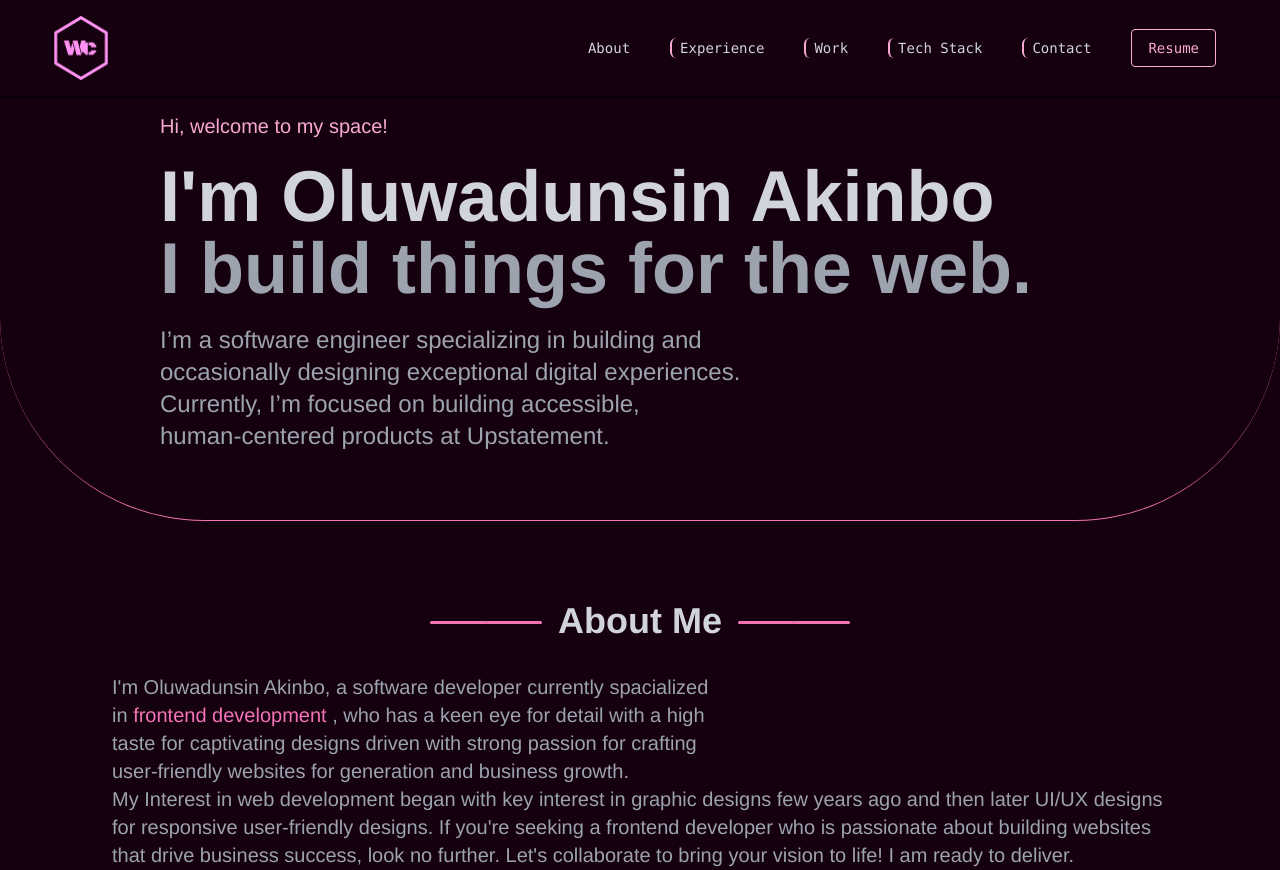
Repository: EmmyDunny1/myPortfolio
Page: / (app in MyPortfolio/)
An editor plug-in stored every save of this project. The page is shown before and after the next save, followed by the edit.
The browser window is 1280 px wide. The pictures show the whole page.
The project was rebuilt for these pictures with package versions that can differ from the ones it lists, and the page was loaded fresh each time. Also part of the build but not shown: MyPortfolio/vite.config.js.

Above is the page before, as saved 2025-01-14 11:22:14.

After the next save:
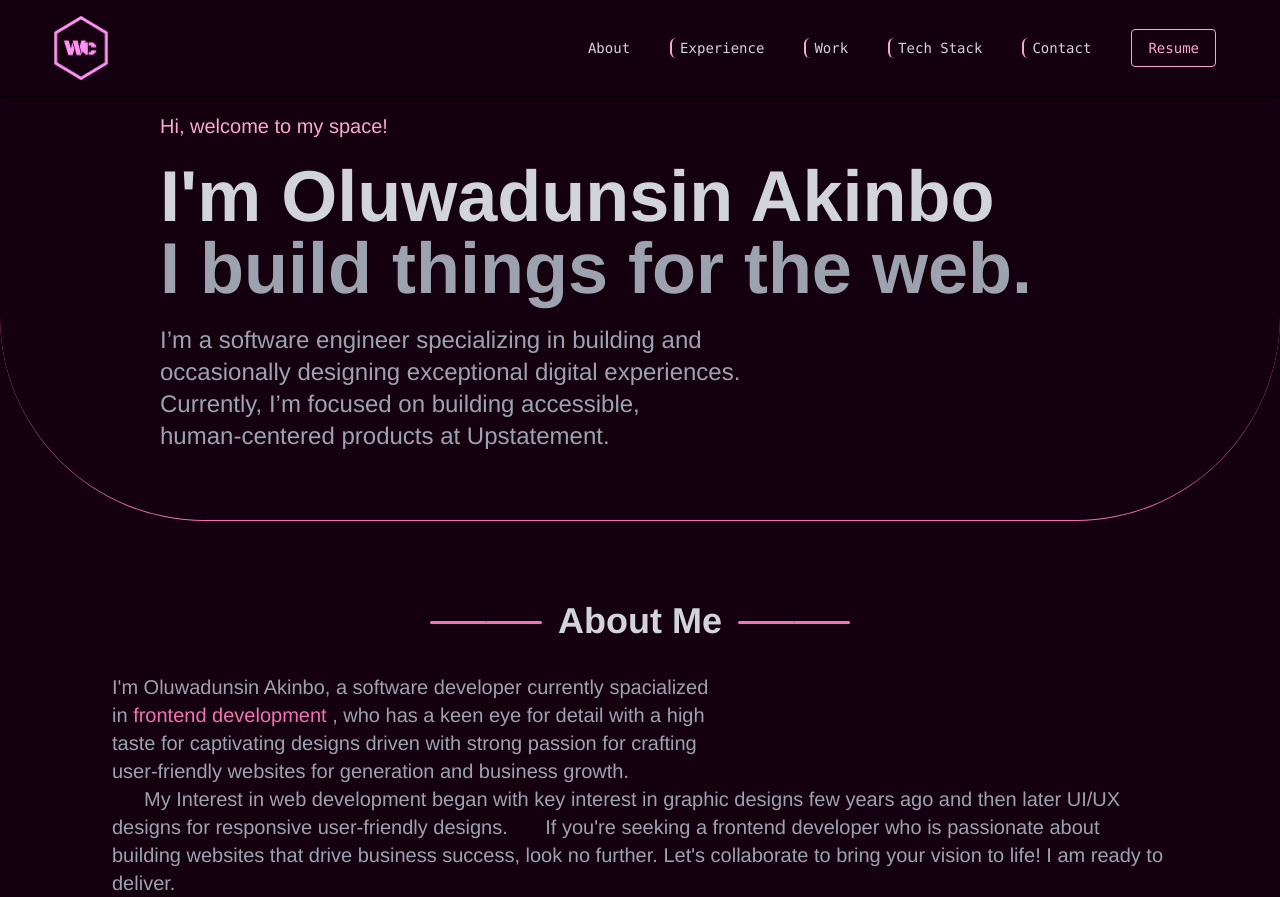
Saved 12 s later.
--- a/MyPortfolio/src/components/AboutMe.jsx
+++ b/MyPortfolio/src/components/AboutMe.jsx
@@ -16,7 +16,7 @@
             , who has a keen eye for detail with a high <br />taste for captivating designs driven with strong passion for crafting <br />user-friendly websites for generation and business growth.
             <br />
 
-               <span className='py-8'>My Interest in web development began with key interest in graphic designs few years ago and then later UI/UX designs for responsive user-friendly designs.  </span>
+               <span className='p-8'>My Interest in web development began with key interest in graphic designs few years ago and then later UI/UX designs for responsive user-friendly designs.  </span>
 
 
               If you're seeking a frontend developer who is passionate about building websites that drive business success, look no further.

After the save that followed:
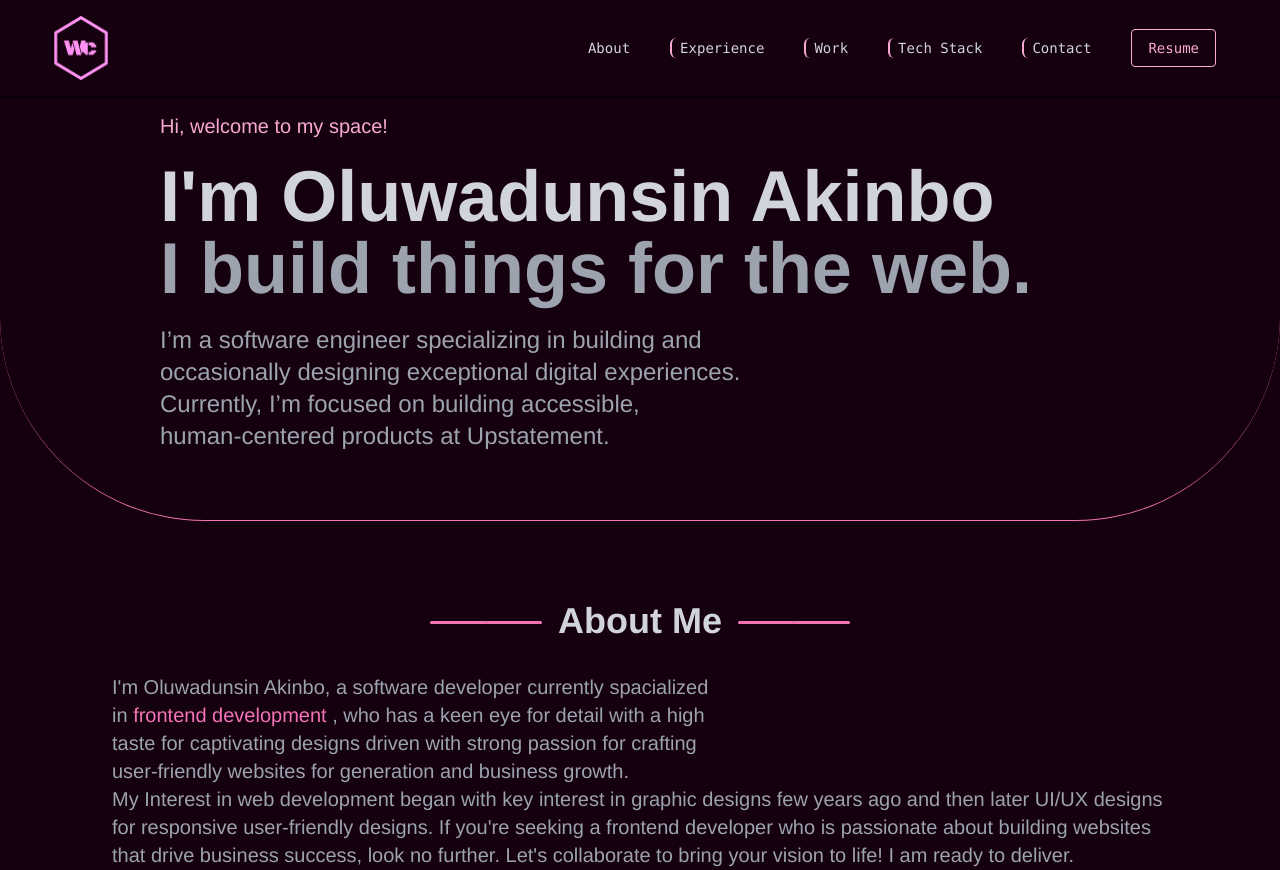
Saved 14 s later.
--- a/MyPortfolio/src/components/AboutMe.jsx
+++ b/MyPortfolio/src/components/AboutMe.jsx
@@ -16,7 +16,7 @@
             , who has a keen eye for detail with a high <br />taste for captivating designs driven with strong passion for crafting <br />user-friendly websites for generation and business growth.
             <br />
 
-               <span className='p-8'>My Interest in web development began with key interest in graphic designs few years ago and then later UI/UX designs for responsive user-friendly designs.  </span>
+               <span className='py-8'>My Interest in web development began with key interest in graphic designs few years ago and then later UI/UX designs for responsive user-friendly designs.  </span>
 
 
               If you're seeking a frontend developer who is passionate about building websites that drive business success, look no further.
